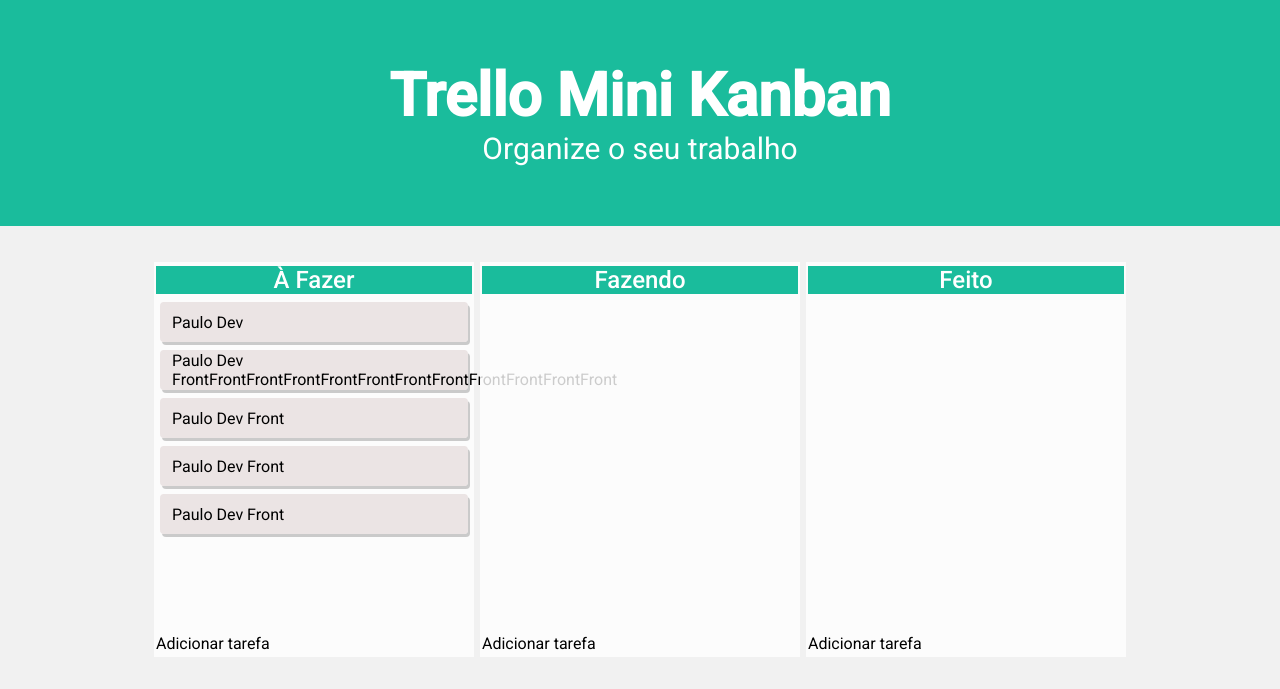
Repository: douglasabnovato/byteclass
Page: trello-mini-kanban/index.html
These files come from the project's save history. The page is drawn as it stood at one moment and after the next save; the edit follows.
The browser window is 1280 px wide. The pictures show the whole page.

Above is the page before, as saved 2025-07-31 21:26:22.

### trello-mini-kanban/index.html
<!DOCTYPE html>
<html>
  <head>
    <meta charset="UTF-8" />
    <meta http-equiv="X-UA-Compatible" content="IE=edge" />
    <meta name="viewport" content="width=device-width, initial-scale=1.0" />
    <link
      rel="stylesheet"
      href="https://cdnjs.cloudflare.com/ajax/libs/font-awesome/4.7.0/css/font-awesome.min.css"
    />
    <title>Trello Mini Kanban</title>
    <link rel="stylesheet" href="./style.css" />
  </head>

  <body>
    <div id="home" class="container content">
      <header>
        <h1>Trello Mini Kanban</h1>
        <p>Organize o seu trabalho</p>
      </header>

      <main>
        <div class="board">
          <h3 class="title">À Fazer</h3>
          <ul
            id="a-fazer"
            class="todo-list"
            ondrop="drop(event, this.id)"
            ondragover="over(event)"
          >
            <li>Paulo Dev </li>
            <li>Paulo Dev FrontFrontFrontFrontFrontFrontFrontFrontFrontFrontFrontFront</li>
            <li>Paulo Dev Front</li>
            <li>Paulo Dev Front</li>
            <li>Paulo Dev Front</li>
          </ul>
          <div class="add-card" onclick="addCard(this)">
            <p>Adicionar tarefa</p>
          </div>
        </div>

        <div class="board">
          <h3 class="title">Fazendo</h3>
          <ul
            id="fazendo"
            class="todo-list"
            ondrop="drop(event, this.id)"
            ondragover="over(event)"
          ></ul>
          <div class="add-card" onclick="addCard(this)">
            <p>Adicionar tarefa</p>
          </div>
        </div>

        <div class="board">
          <h3 class="title">Feito</h3>
          <ul
            id="feito"
            class="todo-list"
            ondrop="drop(event, this.id)"
            ondragover="over(event)"
          ></ul>
          <div class="add-card" onclick="addCard(this)">
            <p>Adicionar tarefa</p>
          </div>
        </div>
      </main>
    </div>

    <script src="./script.js"></script>
  </body>
</html>

### trello-mini-kanban/style.css
@import url("https://fonts.googleapis.com/css2?family=Roboto:wght@100;300;400;500&display=swap");

* {
  box-sizing: border-box;
  margin: 0;
}

body {
  background-color: #f1f1f1;
  font-family: "Roboto", sans-serif;
}

header {
  padding: 60px;
  text-align: center;
  background: #1abc9c;
  color: white;
  font-size: 30px;
}

main {
  display: flex;
  flex-wrap: wrap;
  justify-content: center;
  padding-block: 36px;
  gap: 6px;
}

.board {
  display: flex;
  flex-direction: column;
  gap: 4px;
  padding-block: 4px;
  padding-inline: 2px;
  width: 320px;
  background-color: rgba(255, 255, 255, 0.8);
}

.board .title {
  background-color: #1abc9c;
  color: white;
  text-align: center;
  font-size: 24px;
  font-weight: 500;
}

.board ul {
  display: flex;
  flex-wrap: wrap;
  align-content: flex-start;
  min-height: 332px;
  padding: 4px;
  list-style-type: none;
  gap: 8px 12px;
}

.board ul li {
  display: flex;
  align-items: center;
  width: 100%;
  height: 40px;
  padding: 8px 12px;
  background-color: rgba(232, 225, 225, 0.873);
  box-shadow: 2px 3px rgba(0, 0, 0, 0.2);
  border-radius: 4px;
}

/*

.board li:hover {
  cursor: move;
  background-color: rgba(200, 200, 200, 0.5);
  box-shadow: 2px 2px rgba(0, 0, 0, 0.4);
}

.board .todo-list .remove {
  width: 16px;
  height: 16px;
  border-radius: 50%;
  text-align: center;
  font-size: 12px;
  color: #c3c3c3;
}

.board .todo-list .remove:hover {
  cursor: pointer;
  background-color: lightcoral;
}

.board .add-card {
  background-color: rgba(200, 200, 200, 0.8);
  border-radius: 2px;
  box-shadow: 2px 2px rgba(0, 0, 0, 0.2);
  margin: 4px 4px;
}

.board .add-card:hover {
  background-color: rgba(192, 182, 182, 0.95);
  cursor: pointer;
  box-shadow: 2px 2px rgba(0, 0, 0, 0.4);
}

.board .add-card p {
  font-size: 16px;
  padding: 15px 10px;
  font-weight: 100;
}
*/

### trello-mini-kanban/script.js

// function addCard(element) {
//   const ulId = element.previousElementSibling.id;
//   const text = prompt("Qual é a tarefa?");
//   const board = document.getElementById(ulId);

//   const template = `
//     <li id="${new Date().getTime()}" draggable="true" ondragstart="drag(event)">
//         <p>${text}</p>
//         <p class="remove" onclick="removeCard(this)">x</p>
//     </li>
//   `;

//   board.innerHTML += template;
// }

// /* remover uma tarefa */
// function removeCard(element) {
//   document.getElementById(element.parentElement.id).remove();
// }

// /* arrastar uma tarefa entre os quadros */
// function drag(event) {
//   event.dataTransfer.setData("card", event.target.id);
// }

// function over(event) {
//   event.preventDefault();
// }

// function drop(event, id) {
//   event.preventDefault();

//   const target = document.getElementById(id);
//   const data = event.dataTransfer.getData("card");
//   const card = document.getElementById(data);

//   target.appendChild(card);
//   event.dataTransfer.clearData();
// }

After the next save:
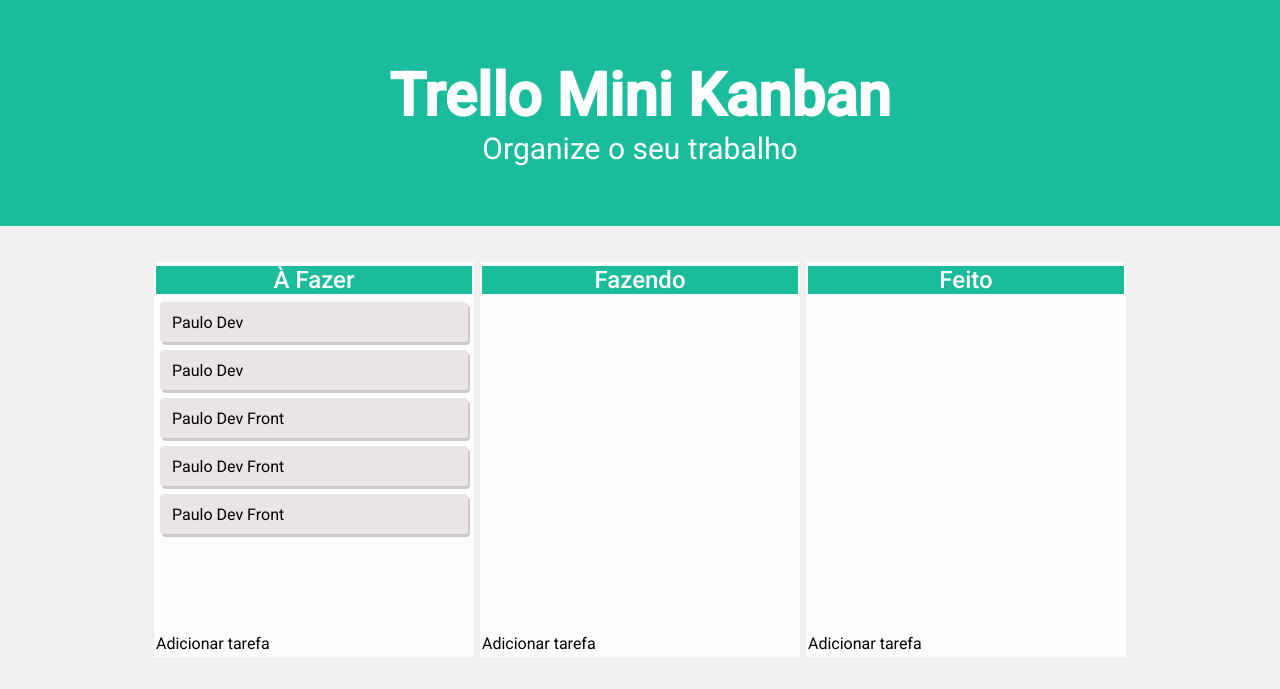
Saved 26 s later.
--- a/trello-mini-kanban/index.html
+++ b/trello-mini-kanban/index.html
@@ -29,7 +29,7 @@
             ondragover="over(event)"
           >
             <li>Paulo Dev </li>
-            <li>Paulo Dev FrontFrontFrontFrontFrontFrontFrontFrontFrontFrontFrontFront</li>
+            <li>Paulo Dev </li>
             <li>Paulo Dev Front</li>
             <li>Paulo Dev Front</li>
             <li>Paulo Dev Front</li>
